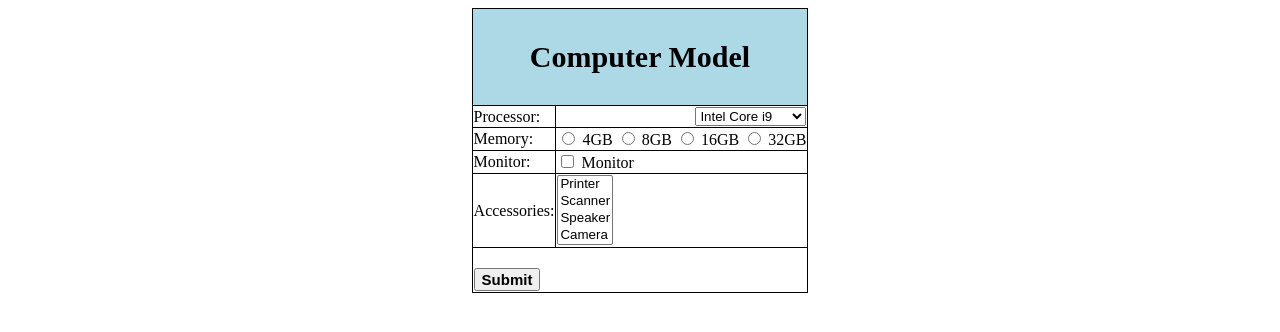
Repository: FatCat0712/JSP
Page: http://localhost/bai_20/computer.jsp
An editor plug-in stored every save of this project. The page is shown before and after the next save, followed by the edit.
The browser window is 1280 px wide. The pictures show the whole page.
The page is served by Tomcat 9.

Above is the page before, as saved 2024-04-22 12:35:40.

### bai_20/src/main/webapp/computer.jsp
<%@ page language="java" contentType="text/html; charset=UTF-8"
    pageEncoding="UTF-8"%>
<!DOCTYPE html>
<html>
<head>
<meta charset="UTF-8">
<title>Insert title here</title>
<style>
	table,td{
		border: 1px solid black;
		border-collapse: collapse;
	}
</style>
</head>
<body>
	<form action="donHang.jsp">
		<table style="margin-left: auto; margin-right: auto">
			<tr>
				<td colspan="2" style="background-color: lightblue; align-content: center; text-align: center;">
					<p style="font-size: 30px; font-weight: bold;">Computer Model</p>
				</td>
			</tr>
			<tr>
				<td>Processor: </td>
				<td align="right">
					<select name="Processor">
						<option value="corei9">Intel Core i9</option>
						<option value="corei7">Intel Core i7</option>
						<option value="corei5">Intel Core i5</option>
						<option value="corei3">Intel Core i3</option>
						<option value="dualcore">Intel Dual Core</option>
						<option value="pentium">Intel Pentium</option>
					</select>
				</td>
			</tr>
			<tr>
				<td>Memory: </td>
				<td>

						<input type="radio" id="m1" name="memory">
						<label for="m1">4GB</label>

						<input type="radio" id="m2" name="memory">
						<label for="m2">8GB</label>

						<input type="radio" id="m3" name="memory">
						<label for="m3">16GB</label>

						<input type="radio" id="m4" name="memory">
						<label for="m4">32GB</label>


				</td>
			</tr>

			<tr>
				<td>Monitor: </td>
				<td>
					<input type="checkbox" name="monitor" id="monitor"/>
					<label for="monitor">Monitor</label>
				</td>
			</tr>

			<tr>
				<td>
					Accessories:
				</td>
				<td>
					<select name="accessories" multiple="multiple">
						<option value="printer">Printer</option>
						<option value="scanner">Scanner</option>
						<option value="speaker">Speaker</option>
						<option value="camera">Camera</option>


					</select>
				</td>

			</tr>


			<tr>

				<td colspan="2" style="padding-top: 20px">
					<input type="submit" value="Submit" style="font-weight: bold; font-size: 15px;"/>
				</td>


			</tr>
		</table>

	</form>
</body>
</html>

After the next save:
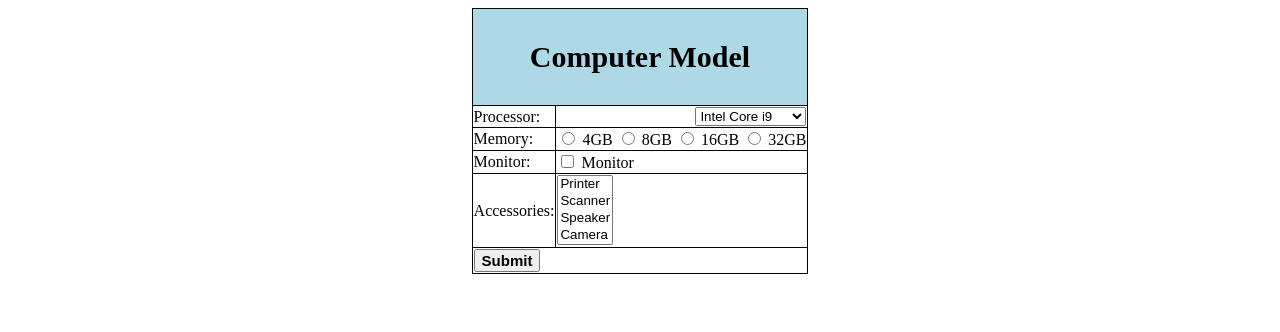
Saved 10 s later.
--- a/bai_20/src/main/webapp/computer.jsp
+++ b/bai_20/src/main/webapp/computer.jsp
@@ -81,7 +81,7 @@
 
 			<tr>
 
-				<td colspan="2" style="padding-top: 20px">
+				<td colspan="2" style="border: 0">
 					<input type="submit" value="Submit" style="font-weight: bold; font-size: 15px;"/>
 				</td>
 
